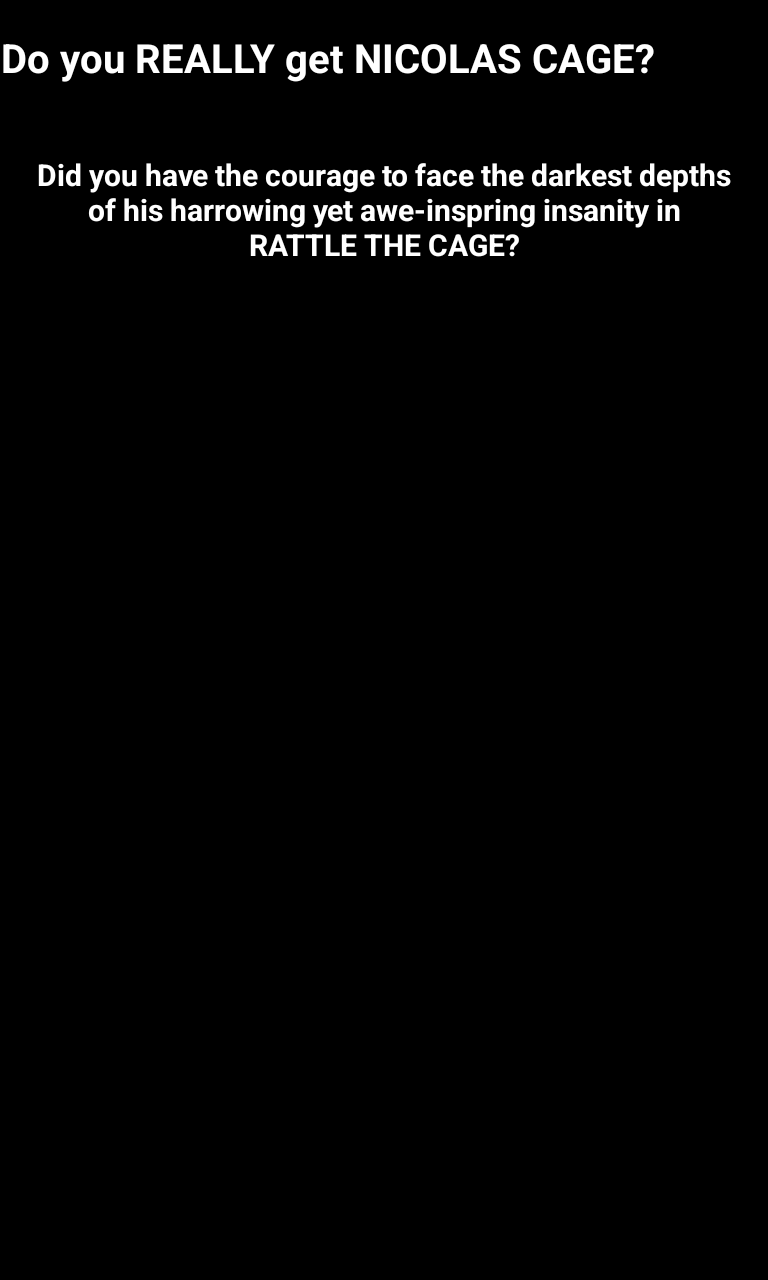
Repository: kylenicola/NicCageMobileApp
Layout: NicolasCageApp/res/layout/activity_score_menu.xml
The author's editor kept a copy of each file at every save. The layout is drawn from the files as they stood at one save, then again after the next save.
It is drawn on a 768 x 1280 px phone screen (xhdpi) without system bars, with theme AppTheme; the app's code is not run.

Above is the layout before, as saved 2014-12-04 02:19:48.

### NicolasCageApp/res/layout/activity_score_menu.xml
<?xml version="1.0" encoding="utf-8"?>

<LinearLayout xmlns:android="http://schemas.android.com/apk/res/android"
	android:layout_width="match_parent"
	android:layout_height="match_parent"
	android:background="@android:color/background_dark"
	android:orientation="vertical" >

	 <TextView
	     android:id="@+id/scoreMenuTitle"
	     android:layout_width="wrap_content"
	     android:layout_height="wrap_content"
	     android:gravity="center"
	     android:layout_marginTop="15dp"
	     android:text="@string/score_menu_title"
	     android:textSize="20sp"
	     android:textStyle="bold"
	     android:textColor="@android:color/white" />

	 <Button
		android:id="@+id/button_scoreRattleTheCage"
	    android:layout_width="wrap_content"
	    android:layout_height="wrap_content"
	    android:layout_gravity="center"
	    android:layout_marginTop="30dp"
	    android:layout_marginLeft="10dp"
	    android:layout_marginRight="10dp"
	    android:paddingTop="5dp"
	    android:paddingBottom="5dp"
	    android:paddingLeft="5dp"
	    android:paddingRight="5dp"
	    android:background="#ff333"
	    android:text="@string/rattle_the_cage_score_description"
	    android:textColor="@android:color/white"
	    android:textStyle="bold"
	    android:textSize="15sp"
	    android:OnClick="onClickRattleTheCageScore" />




</LinearLayout>

### NicolasCageApp/res/values/strings.xml
<?xml version="1.0" encoding="utf-8"?>
<resources>

    <string name="app_name">NicolasCageApp</string>
    <string name="hello_world">Hello world!</string>
    <string name="action_settings">Settings</string>
    <string name="title_activity_abcs_with_nic">AbcsWithNic</string>
    <string name="takeQuiz">TAKE THE QUIZ</string>
    <string name="title_activity_settings">Settings</string>
    <string name="slow_down_ABCs">Slow down A, B, C game</string>
    <string name="noSlowDown">NICOLAS CAGE SLOWS DOWN FOR NO MAN</string>
    <string name="score_title">Scores</string>
    <string name="rattle_the_cage_title">Rattle The Cage</string>
    <string name="rattle_the_cage_label">Total Score: </string>
    <string name="title_activity_score_menu">ScoreMenu</string>
    <string name="score_menu_title">Do you REALLY get NICOLAS CAGE?</string>
    <string name="rattle_the_cage_score_description">Did you have the courage to face the darkest depths of his harrowing yet awe-inspring insanity in RATTLE THE CAGE?</string>
    <string name="title_activity_rattle_the_cage_score">RattleTheCageScore</string>

</resources>

Loaded but not shown: NicolasCageApp/res/values/styles.xml (common file); NicolasCageApp/res/values-v11/styles.xml (common file); NicolasCageApp/res/values-v14/styles.xml (common file)

After the next save:
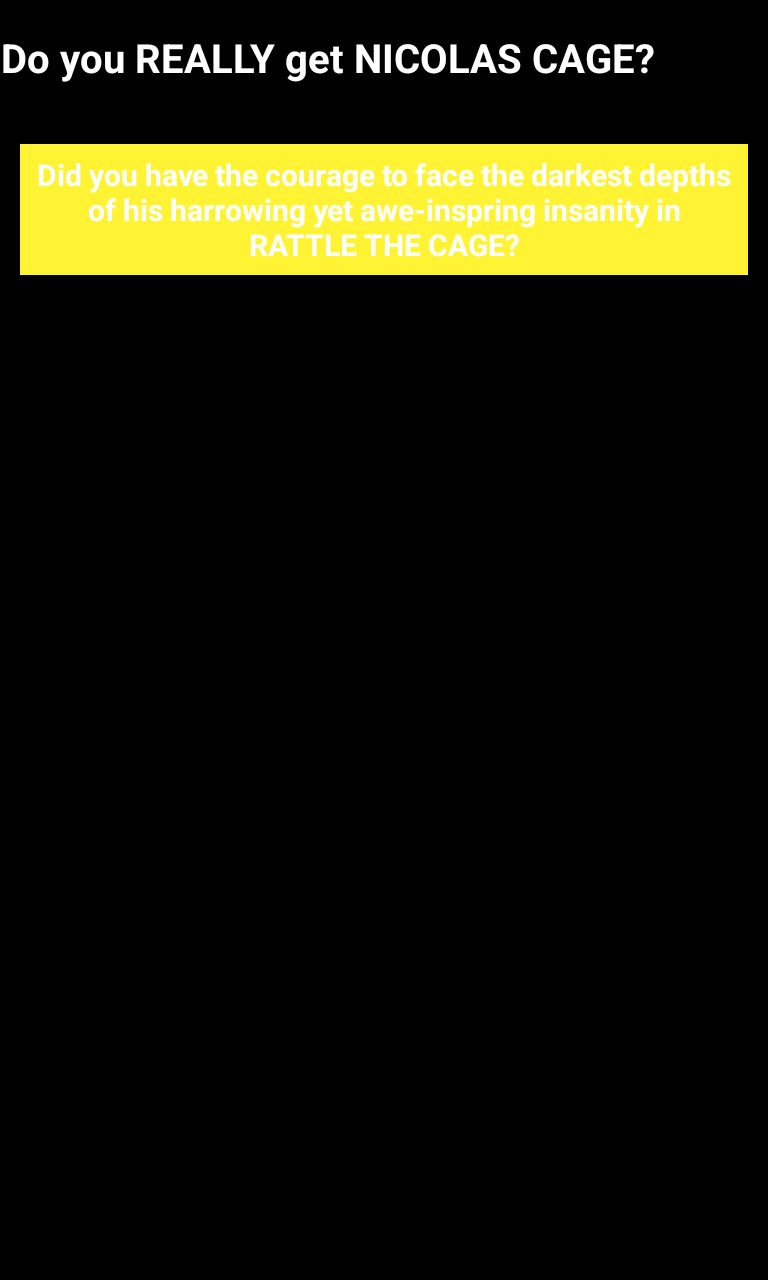
Saved 15 s later.
--- a/NicolasCageApp/res/layout/activity_score_menu.xml
+++ b/NicolasCageApp/res/layout/activity_score_menu.xml
@@ -29,7 +29,7 @@
 	    android:paddingBottom="5dp"
 	    android:paddingLeft="5dp"
 	    android:paddingRight="5dp"
-	    android:background="#ff333"
+	    android:background="#fff333"
 	    android:text="@string/rattle_the_cage_score_description"
 	    android:textColor="@android:color/white"
 	    android:textStyle="bold"
